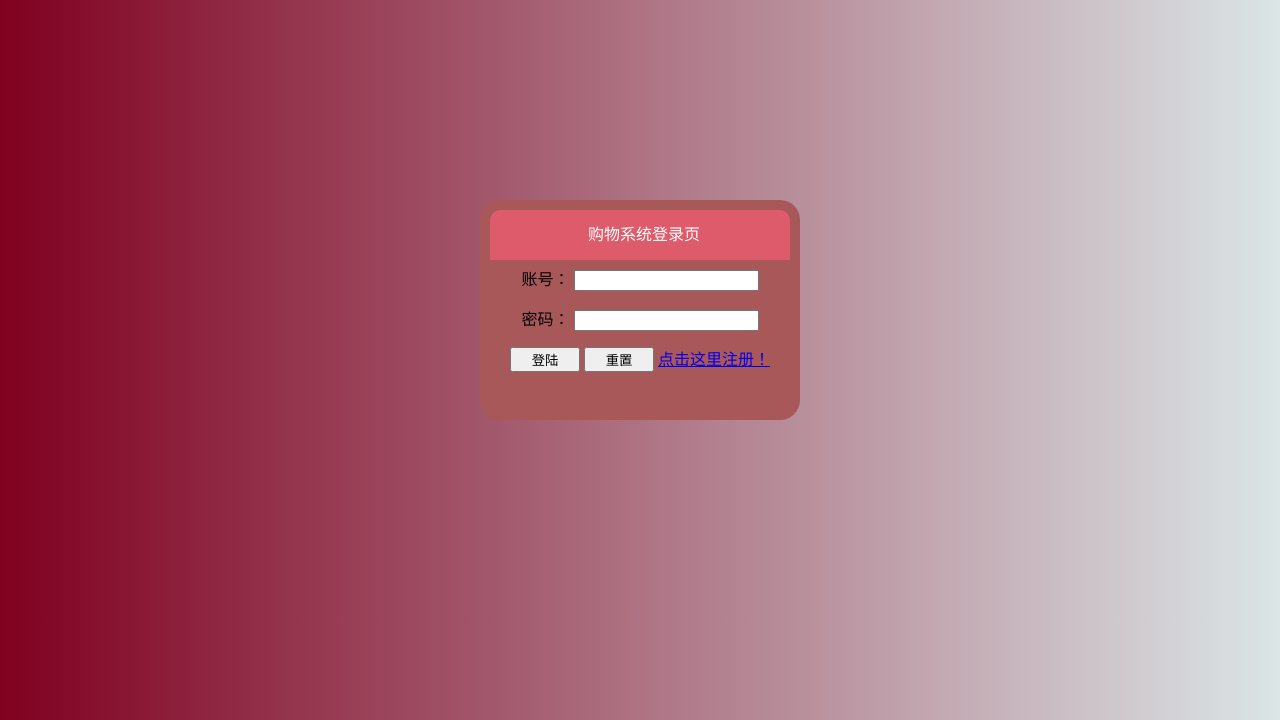
Repository: CreativeNothings/CQUPT-training
Page: ShoppingPlatform/WebContent/LoginPage.html
The author's editor kept a copy of each file at every save. The page is drawn from the files as they stood at one save, then again after the next save.
The browser window is 1280 px wide. The pictures show the whole page.

Above is the page before, as saved 2023-06-27 02:57:50.

After the next save:
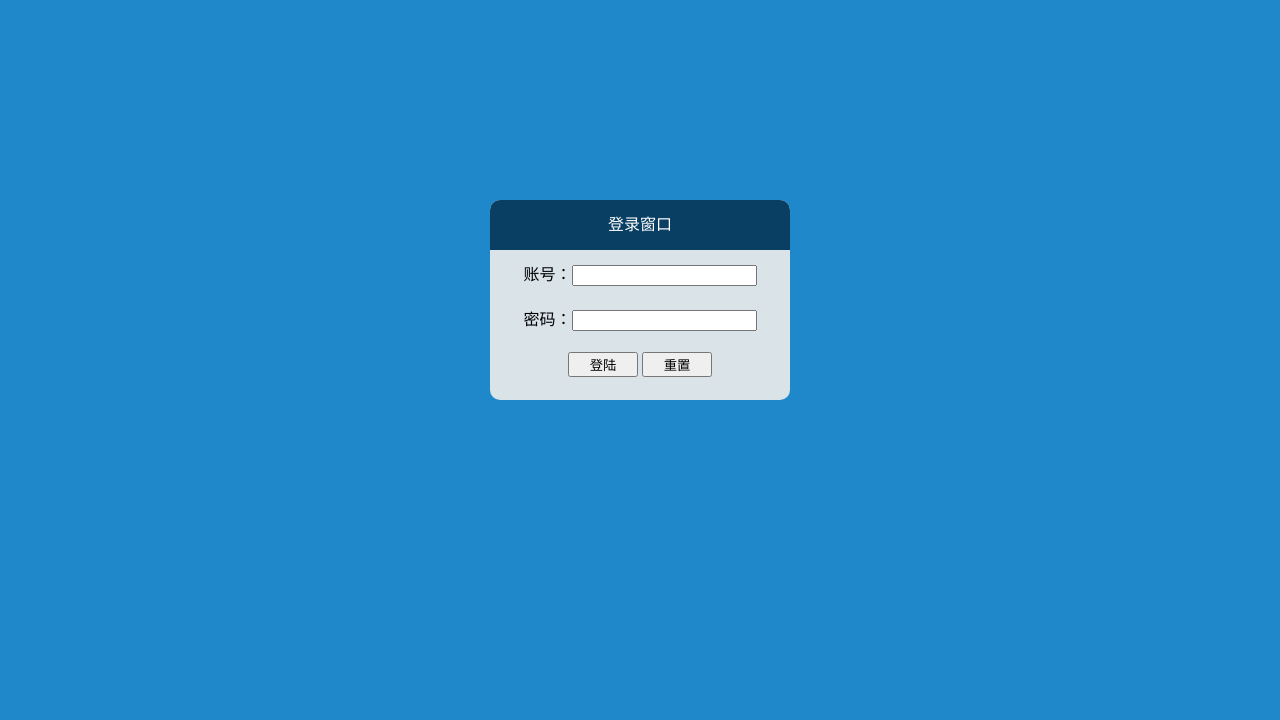
Saved 27 h 10 min later.
--- a/ShoppingPlatform/WebContent/LoginPage.html
+++ b/ShoppingPlatform/WebContent/LoginPage.html
@@ -1,51 +1,35 @@
 <!DOCTYPE html>
-<html lang="en">
-<head>
-    <meta charset="UTF-8">
-    <title>Login</title>
-</head>
-<script>
-    function validateForm(){//验证用户名密码是否为空
-
-        let username = document.getElementById("username").value;
-        let password = document.getElementById("password").value;
-        if(username == ""||password == ""){
-            alert("username and password must be filled out");
-            return;
-        }
-        //document.getElementById("myForm").submit();
-    }
-</script>
+<html>
 <style>
     body{
-        background:linear-gradient(to right,#800020,#DAE5E6 )
+        background: #1f88cb;
     }
     .login{
         width: 300px;
         height: 200px;
-        background:#a85858;
-        padding: 10px;/*内边距*/
+        background:#d9e3e8;
         margin:200px auto;/*盒子顶部距离200，水平居中*/
-        border-radius: 20px;/*边角弧度*/
+        border-radius: 10px;/*圆角10个像素*/
     }
     .login_top{
-        width:100%;
-        height:50px;
-        background:#DD5B6B;
-        float:left;
-        border-radius: 10px 10px 0px 0px;
-        color:white;
-        text-align: center;
-        line-height: 50px;/*因为行高和盒子高度一致，所以居中*/
+        width: 100%;
+        height: 50px;
+        background:#093f63;
+        float: left;
+        border-radius: 10px 10px 0px 0px;/* 圆角四个参数的写法分别指左上，右上，右下 左下 */
+        color: white;
+        text-align: center; /* 水平居中 */
+        line-height: 50px; /* 垂直居中 */
     }
     .ref{
-        width:280px;
-        height:40px;
-        /*background: red;*/
+        width: 280px;
+        height: 40px;
+        /* background:red; 这个背景色后面是要去掉的*/
         margin-left: 10px;
-        margin-right: 5px;
-        float: left;/*不用浮动会输入框行重叠在一起*/
-        text-align: center;/*规定元素中的文本的水平对齐方式,看不出区别*/
+        margin-top: 5px;
+        /* 以上两句可以简写为margin:5px opx opk 10px; */
+        float: left; /*在这里你可以试着不加浮动，就知道浮动的作用了*/
+        text-align: center;
         line-height: 40px;
     }
     #btn,#res{
@@ -54,28 +38,20 @@
         font-size: 10pt;
     }
 </style>
+
 <body>
-
-    <div class="login">
-        <div class="login_top">
-            <label>&nbsp;&nbsp;购物系统登录页</label>
-        </div>
-        <form id="myForm" action="/LoginCheck" method="post"  onsubmit="return validateForm()">
-        <div class="ref">
-            <label>账号：</label>
-            <input type="text" id="username" name="username"/>
-        </div>
-        <div class="ref">
-            <label>密码：</label>
-            <input type="password" id="password" name="password"/>
-        </div>
-        <div class="ref">
-        <input type="submit"  value="登陆" id="btn"/>
-        <input type="reset" value="重置" id="res"/>
-            <a href="RegisterPage.html" >点击这里注册！</a>
-            </div>
-        </form>
+<div class="login">
+    <div class="login_top">登录窗口</div>
+    <div class="ref">
+        账号：<input type="text" id="username" />
     </div>
-
+    <div class="ref">
+        密码：<input type="password" id="password" />
+    </div>
+    <div class="ref">
+        <input type="button" onclick="loadDoc()" value="登陆" id="btn" />
+        <input type="reset" value="重置" id="res" />
+    </div>
+</div>
 </body>
 </html>
